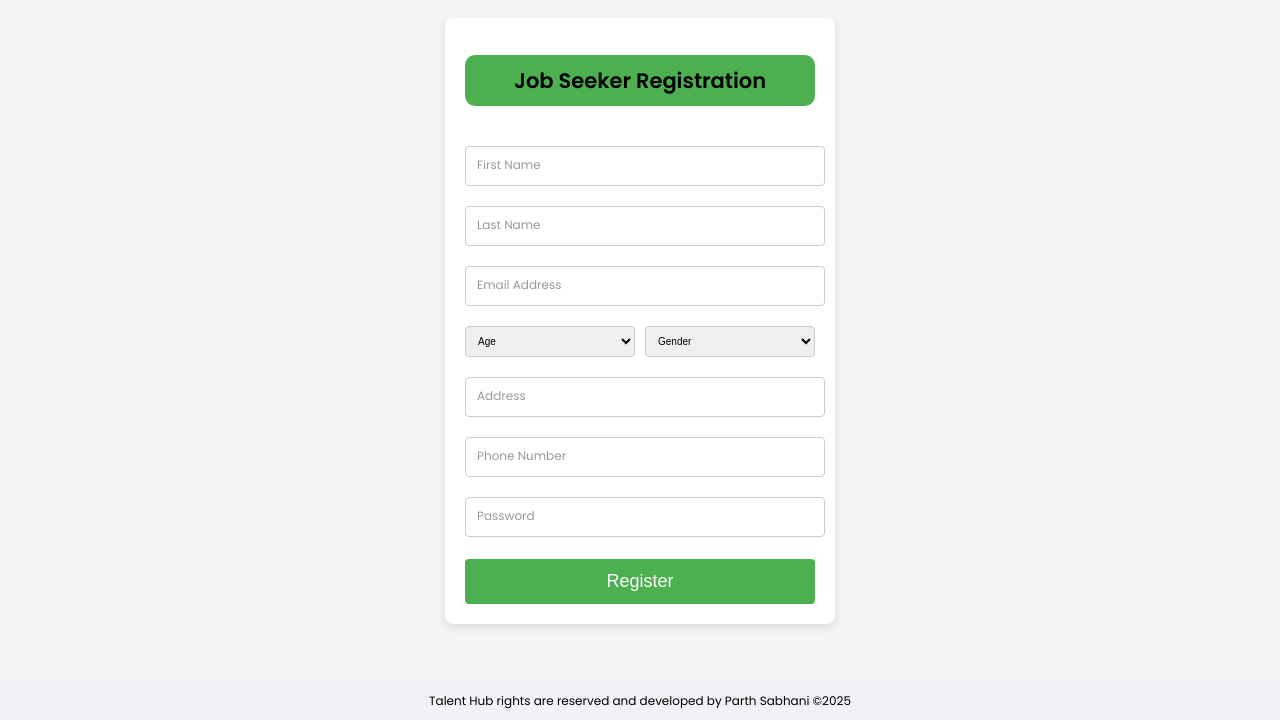
Repository: parthsabhani/Job_Portal_JSP_Servlet
Page: http://localhost/Job_Portal/userRegistration.jsp
The author's editor kept a copy of each file at every save. The page is drawn from the files as they stood at one save, then again after the next save.
The browser window is 1280 px wide. The pictures show the whole page.
The page is served by Tomcat 10. Other server files are loaded and not shown.

Above is the page before, as saved 2025-04-23 04:03:48.

### Job_Portal/src/main/webapp/userRegistration.jsp
<%@ page language="java" contentType="text/html; charset=UTF-8"
	pageEncoding="UTF-8"%>
<!DOCTYPE html>
<html lang="en">
<head>
<meta charset="UTF-8">
<meta name="viewport" content="width=device-width, initial-scale=1.0">
<title>Job Seeker Registration</title>

<!-- Import Poppins font -->
<link
	href="https://fonts.googleapis.com/css2?family=Poppins:wght@400;600&display=swap"
	rel="stylesheet">

<!-- Internal CSS -->
<style>
body {
	font-family: 'Poppins', sans-serif;
	background-color: #f4f4f4;
	display: flex;
	justify-content: center;
	align-items: center;
	height: 100%;
}

.registration-container {
	background-color: white;
	padding: 20px;
	margin: 20px;
	margin-top: 10px;
	border-radius: 8px;
	box-shadow: 0 4px 8px rgba(0, 0, 0, 0.1);
	width: 100%;
	font-size: 14px;
	max-width: 350px;
}

h2 {
	text-align: center;
	background-color: #4CAF50;
	padding: 10px;
	border-radius: 10px;
	margin-bottom: 40px;
}

h2:hover {
	color: white;
}

form {
	display: flex;
	flex-direction: column;
}

.input-container {
	position: relative;
	margin-bottom: 20px;
}

input {
	padding: 12px 4px;
	margin: 0;
	border: 1px solid #ccc;
	border-radius: 4px;
	font-size: 12px;
	width: 100%;
	background-color: #fff; /* Keep the input background white */
	z-index: 1; /* Ensure the input stays behind the label */
}

input:focus {
	border-color: #4d90fe;
	outline: none;
}

/* Floating label */
input:focus+label, input:not(:placeholder-shown)+label {
	font-size: 12px;
	color: #4d90fe;
	top: -9px; /* Adjusted to align with the upper edge of the text */
}

label {
	position: absolute;
	top: 10px; /* Slightly adjusted to align with the text */
	left: 8px;
	font-size: 12px;
	transition: all 0.2s ease;
	color: #999;
	pointer-events: none;
	z-index: 2; /* Ensure the label stays above the input */
	background-color: #fff; /* To avoid background showing through */
	padding: 0 4px;
	/* Add some padding to avoid label overlapping input edges */
}

.submit-btn {
	background-color: #4CAF50;
	color: white;
	padding: 12px;
	border: none;
	border-radius: 4px;
	font-size: 18px;
	cursor: pointer;
}

.submit-btn:hover {
	background-color: #45a049;
	color: black;
}

.error {
	color: red;
	font-size: 14px;
	margin-top: -10px; text-align : center;
	margin-bottom: 12px;
	text-align: center;
}
</style>
</head>
<body>

	<div class="registration-container">
		<h2>Job Seeker Registration</h2>
		<form action="UserController" method="post" id="registrationForm">

			<!-- Full Name Field -->
			<div class="input-container">
				<input type="text" id="firstName" name="firstName" placeholder=" "
					required> <label for="firstName">First Name</label>
			</div>

			<!-- Last Name Field -->
			<div class="input-container">
				<input type="text" id="lastName" name="lastName" placeholder=" "
					required> <label for="lastName">Last Name</label>
			</div>

			<!-- Email Field -->
			<div class="input-container">
				<input type="email" id="email" name="email" placeholder=" " required>
				<label for="email">Email Address</label>
			</div>

			<!-- Age & Gender Fields -->
			<div
				style="display: flex; justify-content: space-between; gap: 10px; margin-bottom: 20px;">
				<!-- Age Dropdown -->
				<div style="flex: 1;">
					<select name="age" id="age" required
						style="width: 100%; padding: 8px; border-radius: 4px; border: 1px solid #ccc; font-size: 10px;">
						<option value="" disabled selected hidden>Age</option>
						<%
						for (int i = 18; i <= 50; i++) {
						%>
						<option value="<%=i%>"><%=i%></option>
						<%
						}
						%>
					</select>
				</div>

				<!-- Gender Dropdown -->
				<div style="flex: 1;">
					<select name="gender" id="gender" required
						style="width: 100%; padding: 8px; border-radius: 4px; border: 1px solid #ccc; font-size: 10px;">
						<option value="" disabled selected hidden>Gender</option>
						<option value="Male">Male</option>
						<option value="Female">Female</option>
						<option value="Other">Other</option>
					</select>
				</div>
			</div>

			<!-- Address Field -->
			<div class="input-container">
				<input type="text" id="address" name="address" placeholder=" ">
				<label for="address">Address</label>
			</div>

			<!-- Phone Number Field -->
			<div class="input-container">
				<input type="tel" id="phone" name="phone" placeholder=" " required>
				<label for="phone">Phone Number</label>
			</div>

			<!-- Password Field -->
			<div class="input-container">
				<input type="password" id="password" name="password" placeholder=" "
					required> <label for="password">Password</label>
			</div>

			<div id="errorMessages" class="error">
				${ error }
			</div>

			<button type="submit" class="submit-btn" name="value" value="register">Register</button>

		</form>
	</div>


	<!-- Footer Start -->
	<%
    	request.setAttribute("footerStyle", "position: fixed; bottom: 0; width: 100%; padding: 10px 0; background-color: #f0f2f5; color: #000000; text-align: center; font-size: 12px; font-family: 'Poppins', sans-serif;");
	%>
	<jsp:include page="footer.jsp" />
	<!-- Footer End -->
</body>
</html>

### Job_Portal/src/main/webapp/footer.jsp
<%@ page language="java" contentType="text/html; charset=UTF-8"
    pageEncoding="UTF-8"%>
<!DOCTYPE html>
<html>
<head>
<meta charset="UTF-8">
<title>Insert title here</title>
</head>
<body>
<%
    String footerStyle = (String) request.getAttribute("footerStyle");
    if (footerStyle == null) {
        footerStyle = "position: fixed; bottom: 0; width: 100%; padding: 8px 0; background-color: #000; color: white; text-align: center; font-size: 12px; font-family: 'Poppins', sans-serif;";
    }
%>
<footer style="<%= footerStyle %>">
    Talent Hub rights are reserved and developed by Parth Sabhani ©2025
</footer>
</body>
</html>

After the next save:
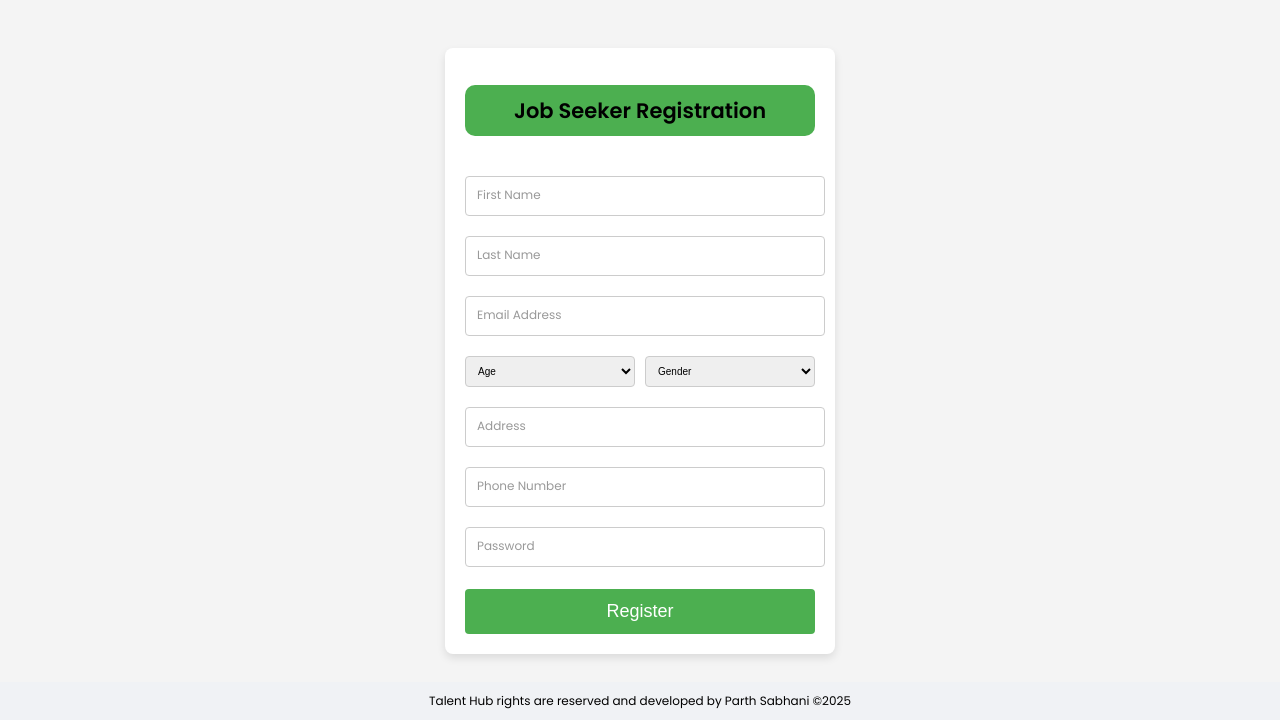
Saved 28 s later.
--- a/Job_Portal/src/main/webapp/userRegistration.jsp
+++ b/Job_Portal/src/main/webapp/userRegistration.jsp
@@ -26,8 +26,7 @@ body {
 .registration-container {
 	background-color: white;
 	padding: 20px;
-	margin: 20px;
-	margin-top: 10px;
+	margin: 40px;
 	border-radius: 8px;
 	box-shadow: 0 4px 8px rgba(0, 0, 0, 0.1);
 	width: 100%;
